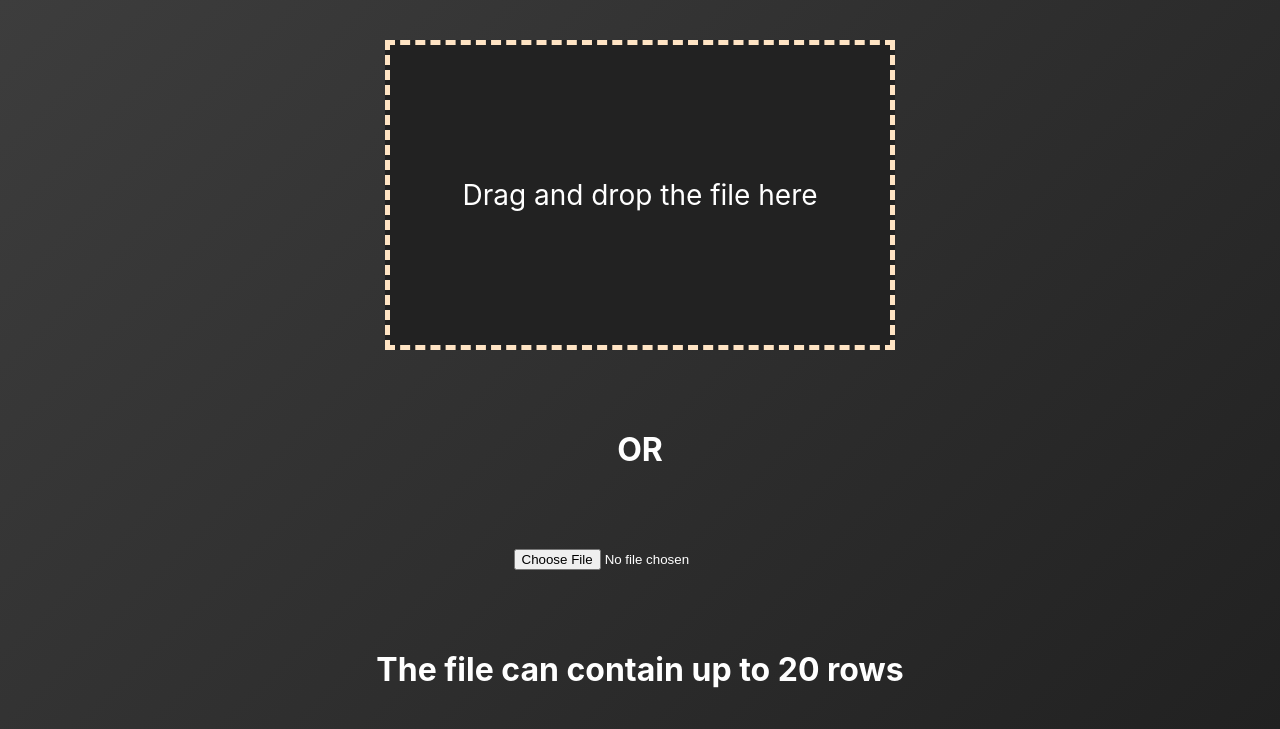
Repository: RXBVK/rt-map
Page: /
An editor plug-in stored every save of this project. The page is shown before and after the next save, followed by the edit.
The browser window is 1280 px wide. The pictures show the whole page.
The project was rebuilt for these pictures with package versions that can differ from the ones it lists, and the page was loaded fresh each time.

Above is the page before, as saved 2021-07-21 14:13:34.

### src/styles/index.css
* {
  margin: 0;
}
body {
  font-family: -apple-system, BlinkMacSystemFont, "Roboto", sans-serif;
  -webkit-font-smoothing: antialiased;
  -moz-osx-font-smoothing: grayscale;
  color: white;
}

::selection {
  background-color: bisque;
  color: black;
}

code {
  font-family: source-code-pro, Menlo, Monaco, Consolas, "Courier New",
    monospace;
}

### src/App.js
import React, { useState } from "react";
import CsvUploader from "./components/CsvUploader/CsvUploader";
import "./styles/app.css";

function App() {
  const [uploadedRows, setUploadedRows] = useState([]);
  return (
    <div className="main__container">
      <CsvUploader setUploadedRows={setUploadedRows} />
    </div>
  );
}

export default App;

### src/components/CsvUploader/CsvUploader.js
import React, { useState } from "react";
import "./styles/csv-uploader.css";

export default function CsvUploader(props) {
  const [uploadError, setUploadError] = useState(false);

  const handleFileUpload = (e) => {
    let file = e.target.files[0];
    let reader = new FileReader();
    reader.addEventListener("load", () => {
      let lineEnd = `${String.fromCharCode(13)}${String.fromCharCode(10)}`;
      let result = reader.result;
      let rows = result.split(lineEnd);
      console.log(rows);
      if (rows.length > 20) {
        props.setUploadError(true);
      } else {
        props.setUploadedRows(rows);
      }
    });
    reader.readAsText(file);
  };

  return (
    <div className="csv-uploader__container">
      <div className="csv-uploader__dropzone">Drag and drop the file here</div>
      <h1>OR</h1>
      {/* <label for="csv-uploader__input" className="csv-uploader__label">
        Upload from desktop
      </label>
      <input type="file" id="csv-uploader__input" /> */}
      <input type="file" accept=".csv" onChange={(e) => handleFileUpload(e)} />
      <div className="csv-uploader__rows-error">
        <h1>The file can contain up to 20 rows</h1>
      </div>
    </div>
  );
}

### src/styles/app.css
.main__container {
  min-height: 100vh;
  width: 100%;
  background: linear-gradient(135deg, #3d3d3d, #212121);
  display: -webkit-box;
  display: -ms-flexbox;
  display: flex;
  -webkit-box-orient: vertical;
  -webkit-box-direction: normal;
      -ms-flex-direction: column;
          flex-direction: column;
  -webkit-box-align: center;
      -ms-flex-align: center;
          align-items: center;
  text-align: center;
  -webkit-box-pack: center;
      -ms-flex-pack: center;
          justify-content: center;
}

.main__container > * {
  -webkit-animation: fadein 800ms;
          animation: fadein 800ms;
}

.button--primary {
  cursor: pointer;
  width: 200px;
  height: 45px;
  background-color: bisque;
  color: black;
  border-radius: 8px;
  font-weight: 700;
  font-size: 16px;
  -webkit-transition: all 200ms ease-out;
  transition: all 200ms ease-out;
}

.button--primary:hover {
  -webkit-filter: brightness(0.8);
          filter: brightness(0.8);
}

@-webkit-keyframes fadein {
  0% {
    opacity: 0;
  }
  100% {
    opacity: 1;
  }
}

@keyframes fadein {
  0% {
    opacity: 0;
  }
  100% {
    opacity: 1;
  }
}
/*# sourceMappingURL=app.css.map */

### src/components/CsvUploader/styles/csv-uploader.css
.csv-uploader__container {
  display: -webkit-box;
  display: -ms-flexbox;
  display: flex;
  -webkit-box-orient: vertical;
  -webkit-box-direction: normal;
      -ms-flex-direction: column;
          flex-direction: column;
  -webkit-box-align: center;
      -ms-flex-align: center;
          align-items: center;
  -webkit-box-pack: center;
      -ms-flex-pack: center;
          justify-content: center;
}

.csv-uploader__container > * {
  margin: 40px 0;
}

.csv-uploader__container .csv-uploader__dropzone {
  cursor: pointer;
  -webkit-box-align: center;
      -ms-flex-align: center;
          align-items: center;
  -webkit-box-pack: center;
      -ms-flex-pack: center;
          justify-content: center;
  width: 500px;
  height: 300px;
  border: 5px dashed bisque;
  font-size: 28px;
  background-color: #222222;
}

.csv-uploader__container .csv-uploader__label {
  display: -webkit-box;
  display: -ms-flexbox;
  display: flex;
  -webkit-box-align: center;
      -ms-flex-align: center;
          align-items: center;
  -webkit-box-pack: center;
      -ms-flex-pack: center;
          justify-content: center;
  margin-left: auto;
  margin-right: auto;
}

.csv-uploader__container #csv-uploader__input {
  opacity: 0;
  position: absolute;
}

@media (max-width: 600px) {
  .csv-uploader__or,
  .csv-uploader__dropzone {
    display: none;
  }
}

@media (min-width: 601px) {
  .csv-uploader__or {
    display: block;
  }
  .csv-uploader__dropzone {
    display: -webkit-box;
    display: -ms-flexbox;
    display: flex;
  }
}
/*# sourceMappingURL=csv-uploader.css.map */

Loaded but not shown: public/index.html (common file); src/index.js (common file); src/reportWebVitals.js (common file)

After the next save:
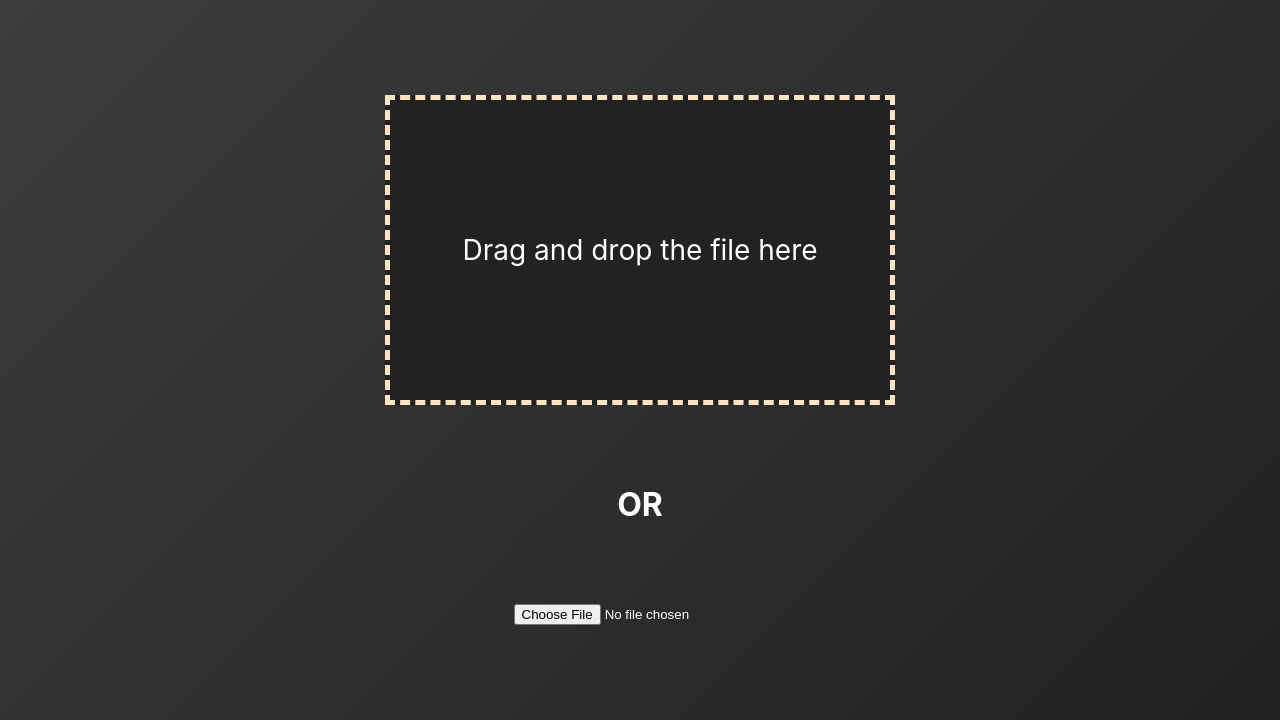
Saved 19 s later.
--- a/src/components/CsvUploader/CsvUploader.js
+++ b/src/components/CsvUploader/CsvUploader.js
@@ -30,9 +30,13 @@ export default function CsvUploader(props) {
       </label>
       <input type="file" id="csv-uploader__input" /> */}
       <input type="file" accept=".csv" onChange={(e) => handleFileUpload(e)} />
-      <div className="csv-uploader__rows-error">
-        <h1>The file can contain up to 20 rows</h1>
-      </div>
+      {uploadError ? (
+        <div className="csv-uploader__rows-error">
+          <h1>The file can contain up to 20 rows</h1>
+        </div>
+      ) : (
+        ""
+      )}
     </div>
   );
 }
